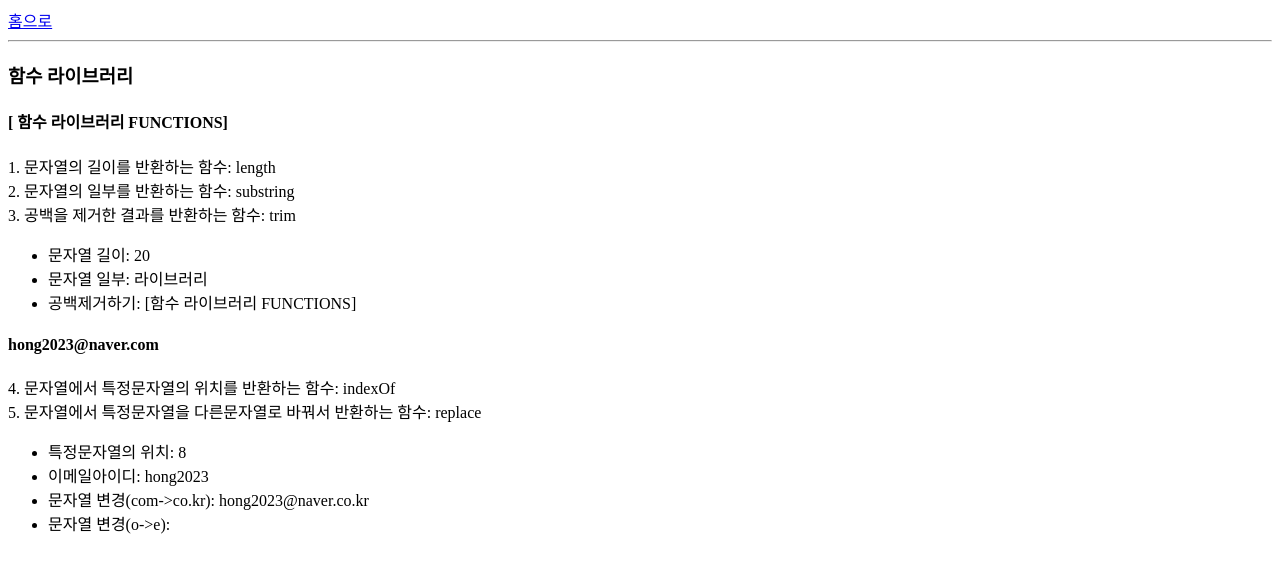
Repository: linklifejo/study_web
Page: http://localhost/servlet02/jstl/functions.jsp
An editor plug-in stored every save of this project. The page is shown before and after the next save, followed by the edit.
The browser window is 1280 px wide. The pictures show the whole page.
The page is served by Tomcat 9. Other server files are loaded and not shown.

Above is the page before, as saved 2023-02-08 01:54:19.

### servlet02/src/main/webapp/jstl/functions.jsp
<%@ page language="java" contentType="text/html; charset=UTF-8"
    pageEncoding="UTF-8"%>
<%@ taglib uri="http://java.sun.com/jsp/jstl/core" prefix="c"%>
<%@ taglib uri="http://java.sun.com/jsp/jstl/functions" prefix="fn"%>
<!DOCTYPE html>
<html>
<head>
<meta charset="UTF-8">
<title>Insert title here</title>
</head>
<body>
<a href='<c:url value="/"/>'>홈으로</a>
<hr>
<h3>함수 라이브러리</h3>

<c:set var="title" value="  함수 라이브러리 FUNCTIONS" />
<h4>[${title}]</h4>
<div>1. 문자열의 길이를 반환하는 함수: length</div>
<div>2. 문자열의 일부를 반환하는 함수: substring</div>
<div>3. 공백을 제거한 결과를 반환하는 함수: trim</div>
<ul>
	<li>문자열 길이: ${fn: length(title) }</li>
	<li>문자열 일부: ${fn: substring(title,5,10) }</li>
	<li>공백제거하기: [${fn: trim(title) }]</li>
</ul>

<c:set var='email' value='hong2023@naver.com'/>
<h4>${email}</h4>
<div>4. 문자열에서 특정문자열의 위치를 반환하는 함수: indexOf</div>
<div>5. 문자열에서 특정문자열을 다른문자열로 바꿔서 반환하는 함수: replace</div>
<ul>
	<li>특정문자열의 위치: ${fn: indexOf(email, '@') } </li>
	<li>이메일아이디: ${fn: substring(email, 0, fn: indexOf(email, '@')) }</li>
	<li>문자열 변경(com->co.kr): ${fn: replace(email, 'com', 'co.kr') }</li>
	<li>문자열 변경(o->e):</li>
</ul>











</body>
</html>

After the next save:
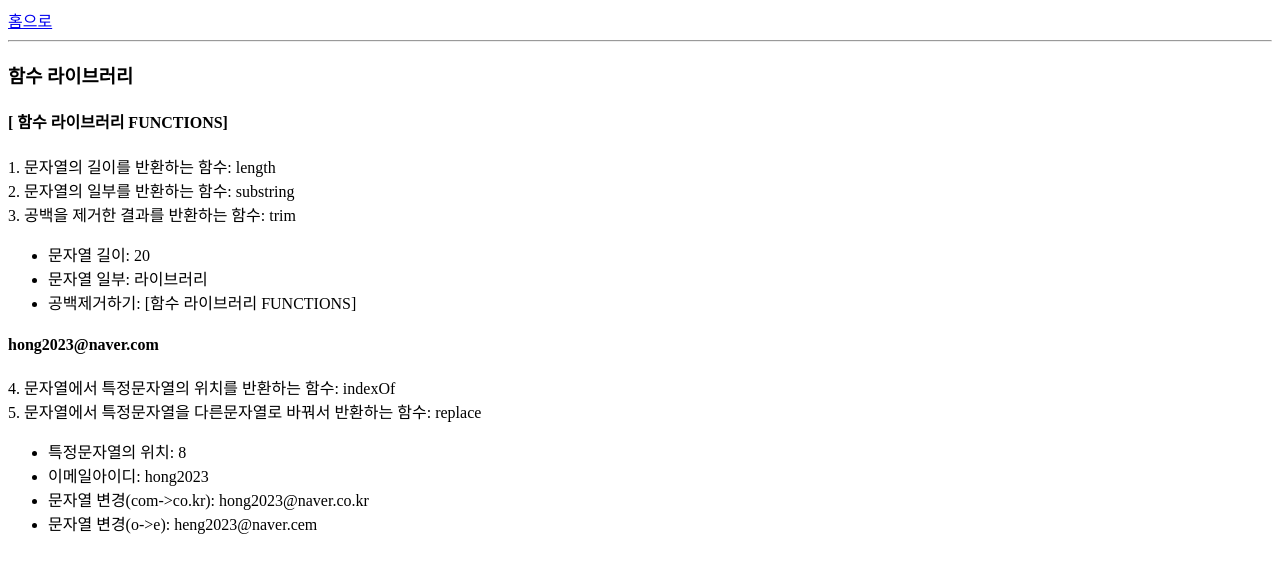
Saved 29 s later.
--- a/servlet02/src/main/webapp/jstl/functions.jsp
+++ b/servlet02/src/main/webapp/jstl/functions.jsp
@@ -32,7 +32,7 @@
 	<li>특정문자열의 위치: ${fn: indexOf(email, '@') } </li>
 	<li>이메일아이디: ${fn: substring(email, 0, fn: indexOf(email, '@')) }</li>
 	<li>문자열 변경(com->co.kr): ${fn: replace(email, 'com', 'co.kr') }</li>
-	<li>문자열 변경(o->e):</li>
+	<li>문자열 변경(o->e): ${fn: replace(email, 'o', 'e') }</li>
 </ul>
 
 
